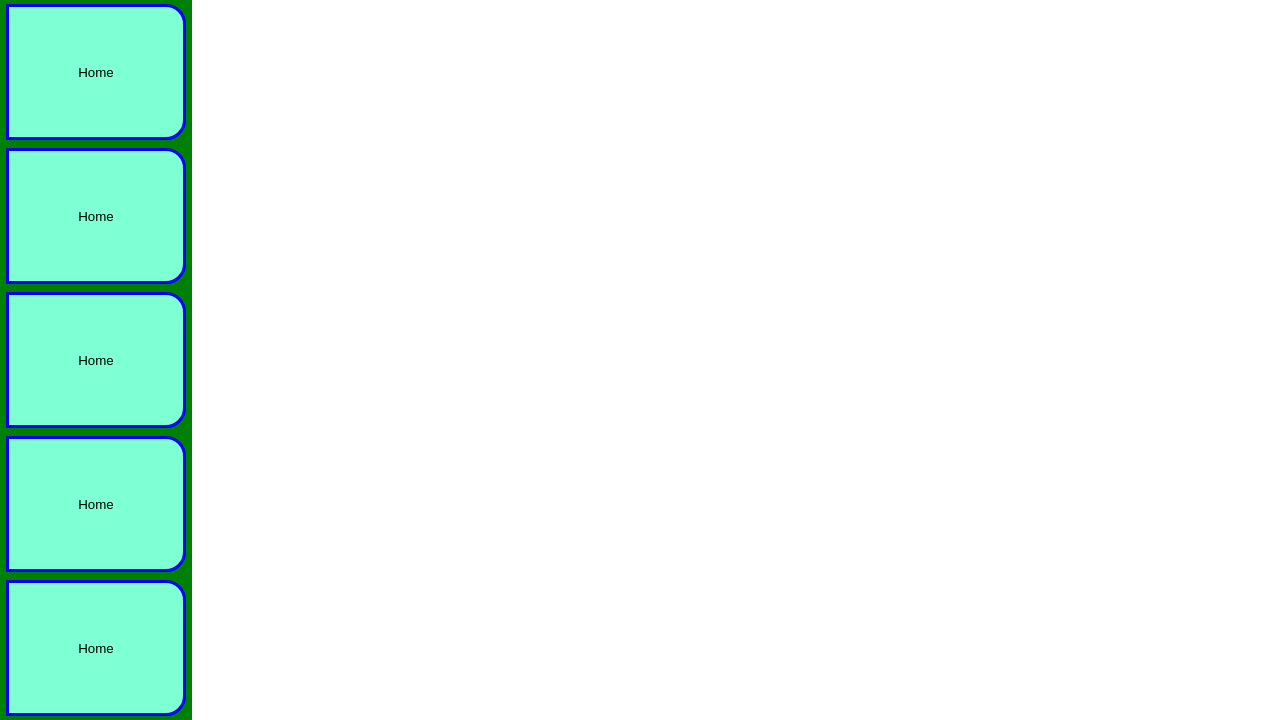
Repository: Tahaa2t/Researchers
Page: /
An editor plug-in stored every save of this project. The page is shown before and after the next save, followed by the edit.
The browser window is 1280 px wide. The pictures show the whole page.
The project was rebuilt for these pictures with package versions that can differ from the ones it lists, and the page was loaded fresh each time. Also part of the build but not shown: src/Components/loginform.js, src/Components/HomePage.js.

Above is the page before, as saved 2023-07-05 22:09:38.

### src/App.js
import { BrowserRouter, Routes, Route } from "react-router-dom";
import "./App.css"
import LoginForm from "./Components/loginform"
import HomePage from "./Components/HomePage";
import Navbar from "./Components/Navbar";

// color pallet
// #3aa6b9
// #D0E8E1
// #348472


function App() {



  return (
    <div className="App">

      {/* <LoginForm /> */}
      <Navbar />
      {/* <BrowserRouter>
        <Routes>
          <Route path="/" Component={<LoginForm />} />
          <Route path="/home" Component={<HomePage />} />
        </Routes>
      </BrowserRouter> */}
    </div>
  );
}

export default App;

### src/Components/Navbar.js
import React, { useState } from "react";
import { useNavigate } from 'react-router-dom';
import axios from 'axios';
import "./css/navbarstyle.scss";

const Navbar = () => {
  return (
    <div className="navbar-boundry">
      <nav className="nav-setting">
        <button className="btn home-btn" href="/#">
          Home
        </button>
        <button className="btn home-btn" href="/#">
          Home
        </button>
        <button className="btn home-btn" href="/#">
          Home
        </button>
        <button className="btn home-btn" href="/#">
          Home
        </button>
        <button className="btn home-btn" href="/#">
          Home
        </button>


      </nav>





    </div>
  )
}

export default Navbar

### src/Components/css/loginstyle.css
@import url('https://fonts.googleapis.com/css?family=Josefin+Sans');


/* notes

---centering something---
display: flex;
  justify-content: center;
  align-items: center;



--- neechay ya uper se qareeb krna ho tou---
.check-btn {
  position: relative;
  bottom: 3em;
}
*/


* {
  margin: 0;
  box-sizing: border-box;
}

.page {
  background-color: #3aa6b9;
  height: 100vh;
  width: 100%;
  display: flex;
  justify-content: space-around;
  align-items: center;
  font-family: 'Josefin Sans', cursive;
}

.cover {
  background-image: linear-gradient(#D0E8E1, rgba(178, 209, 233, 0));
  width: 50%;
  min-width: 240px;
  max-width: 800px;
  height: 620px;
  position: fixed;
  border-radius: 0.5em;
  display: flex;
  flex: 1 1 200;
  flex-direction: column;
  align-items: center;
  justify-content: space-evenly;
  flex-wrap: wrap;
}

h1 {
  color: rgb(3, 45, 77);
  display: flex;
  flex-wrap: wrap;
}

.user-input {

  display: flex;
  /* flex-direction: column; */
  justify-content: space-evenly;
  width: 80%;
  height: 10%;
  flex-wrap: wrap;
  /* background-color: green; */
}
input[type=text]{
  background-color: rgba(0,0,0,0);
  border-color: #348472;
  border-radius: 8px 8px 8px 8px;
  border-width: 10%;
  border-style: solid;
  display: flex;
  justify-content: space-evenly;
  margin: 8px;
  /* outline-color: rgb(6, 106, 183); */
  height: 44px;
  width: 240px;
  /* bottom: -1.5em; */
}


input[type=password]{
  background-color: rgba(0,0,0,0);
  border-color: #348472;
  border-radius: 8px 8px 8px 8px;
  border-width: 10%;
  border-style: solid;
  display: flex;
  justify-content: space-evenly;
  margin: 8px;
  /* outline-color: rgb(6, 106, 183); */
  height: 44px;
  width: 240px;
  /* position: relative;
  top: -1.5em; */
}

input:focus {
  background-color: #348472;
  opacity: 50%;
}

.line{
  text-decoration: underline;
  color: black;
}

.login-btn {
  appearance: none;
  background-color: rgba(0,0,0,0);
  border-width: 0;
  box-sizing: border-box;
  color: black;
  cursor: pointer;
  display: inline-block;
  font-family: Clarkson,Helvetica,sans-serif;
  font-size: 14px;
  font-weight: 500;
  letter-spacing: 0;
  line-height: 1em;
  margin: 0;
  opacity: 1;
  outline: 0;
  padding: 1.5em 2.2em;
  position: relative;
  text-align: center;
  text-decoration: none;
  text-rendering: geometricprecision;
  text-transform: uppercase;
  transition: opacity 300ms cubic-bezier(.694, 0, 0.335, 1),background-color 100ms cubic-bezier(.694, 0, 0.335, 1),color 100ms cubic-bezier(.694, 0, 0.335, 1);
  user-select: none;
  -webkit-user-select: none;
  touch-action: manipulation;
  vertical-align: baseline;
  white-space: nowrap;
  display: flex;
  justify-content: center;
  align-items: center;
}

.login-btn:before {
  animation: opacityFallbackOut .5s step-end forwards;
  backface-visibility: hidden;
  background-color: #348472;
  opacity: 50%;
  clip-path: polygon(-1% 0, 0 0, -25% 100%, -1% 100%);
  content: "";
  height: 100%;
  left: 0;
  position: absolute;
  top: 0;
  transform: translateZ(0);
  transition: clip-path .5s cubic-bezier(.165, 0.84, 0.44, 1), -webkit-clip-path .5s cubic-bezier(.165, 0.84, 0.44, 1);
  width: 100%;
}

.login-btn:hover:before {
  animation: opacityFallbackIn 0s step-start forwards;
  clip-path: polygon(0 0, 101% 0, 101% 101%, 0 101%);
}

.login-btn:after {
  background-color: #FFFFFF;
}

.login-btn span {
  z-index: 1;
  position: relative;
}


.check-btn input {
  display:inline-block;
  margin-right:10px;
}
.check-btn p {
  display:inline-block;
}



/* use state */
.hide {
  display: none;
}

.login-popup {
  position: absolute;
  width: 40em;
  height: 35em;
  display: flex;
  flex-direction: column;
  align-items: center;
  justify-content: center;
  border-radius: 0.25em;
  outline-color: rgb(3, 58, 101);
  background-color: rgba(0,0,0,0);
  backdrop-filter: blur(5px);
  /* color: rgb(3, 58, 101); */
  bottom: 0;
  transform: scale(1);
  transform: 1.5s;
}

### src/Components/css/navbarstyle.scss

$colors: (
  background: #D0E8E1,
  pulse: #ef6eae,
  close: #ff7f82,
  raise: #ffa260,
  up: #e4cb58,
  slide: #8fc866,
  offset: #19bc8b
);

* {
  margin: 0;
  box-sizing: border-box;
}

nav {
  width: 15%;
  height: 100%;
  background-color: green;
  display: flex;
  justify-content: center;
  align-items: center;
  flex-direction: column;
  position: fixed;
}
.btn {
  background-color: aquamarine;
  width: 94%;
  text-align: center;
  border-radius: 0px 20px 20px 0px;
  border: 3px solid blue;
  margin: 4px;
  display: flex;
  flex: 1;
  justify-content: center;
  align-items: center;
  transition: 0.5s;
}

.btn:hover {
  box-shadow: inset 17em 0 0 0 pink;
  transition: 0.5s;
}

Loaded but not shown: public/index.html (common file); src/index.js (common file); src/reportWebVitals.js (common file); src/App.css (common file)

After the next save:
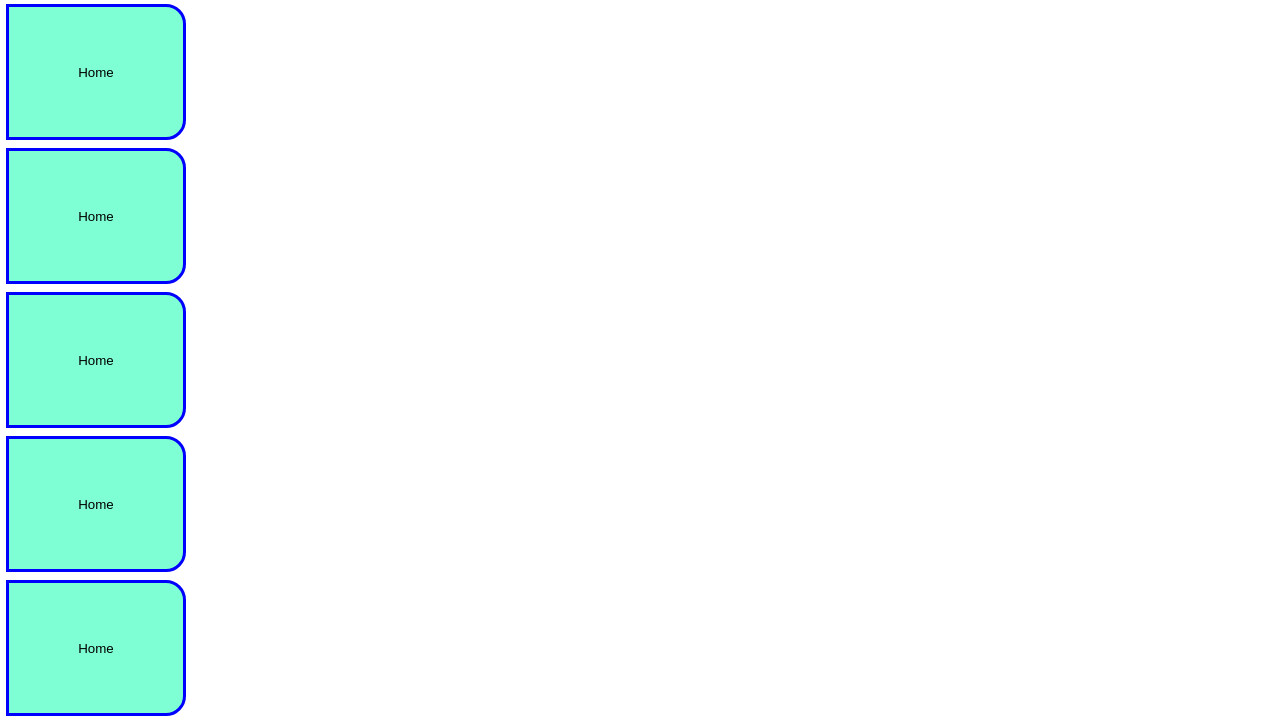
Saved 21 s later.
--- a/src/Components/css/navbarstyle.scss
+++ b/src/Components/css/navbarstyle.scss
@@ -17,7 +17,7 @@ $colors: (
 nav {
   width: 15%;
   height: 100%;
-  background-color: green;
+  background-color: --background;
   display: flex;
   justify-content: center;
   align-items: center;
